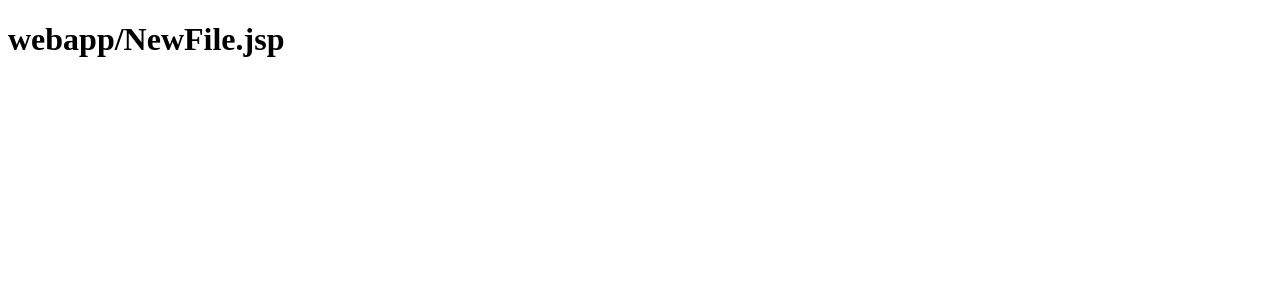
Repository: Parkdolodong/Backend
Page: http://localhost/j_spring_day01/NewFile.jsp
The author's editor kept a copy of each file at every save. The page is drawn from the files as they stood at one save, then again after the next save.
The browser window is 1280 px wide. The pictures show the whole page.
The page is served by Tomcat 9.

Above is the page before, as saved 2023-02-24 01:44:41.

After the next save:
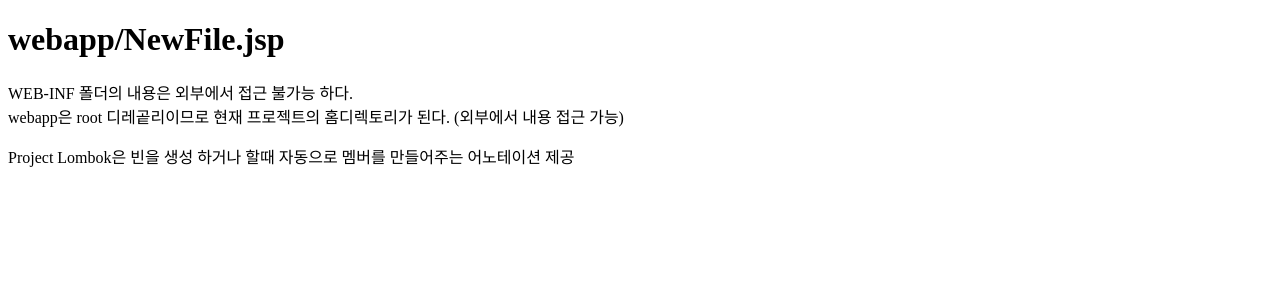
Saved 98 s later.
--- a/jsp_servlet/j_spring_day01/src/main/webapp/NewFile.jsp
+++ b/jsp_servlet/j_spring_day01/src/main/webapp/NewFile.jsp
@@ -9,6 +9,12 @@
 <body>
 
 <h1>webapp/NewFile.jsp</h1>
+<p>WEB-INF 폴더의 내용은 외부에서 접근 불가능 하다.<br/>
+webapp은 root 디레곹리이므로 현재 프로젝트의 홈디렉토리가 된다. (외부에서 내용 접근 가능)
+</p>
+<p>
+Project Lombok은 빈을 생성 하거나 할때 자동으로 멤버를 만들어주는 어노테이션 제공
+</p>
 
 </body>
 </html>
